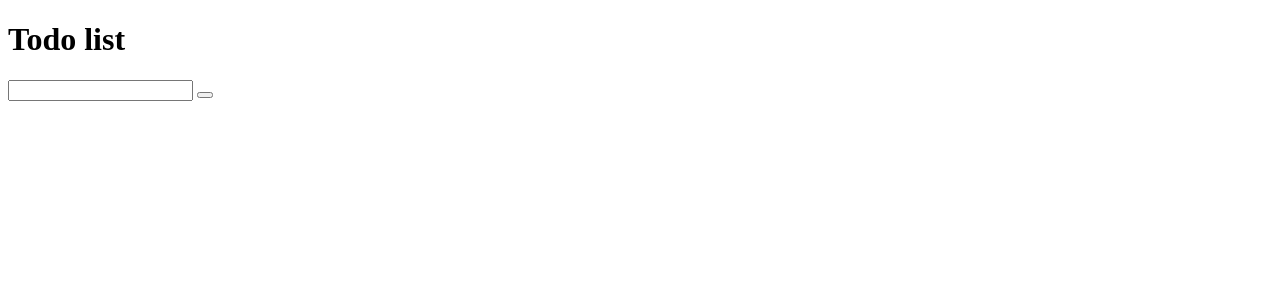
Repository: Lehuyhuynh/DOM
Page: BTH1/index.html
An editor plug-in stored every save of this project. The page is shown before and after a run of saves, followed by the edit.
The browser window is 1280 px wide. The pictures show the whole page.

Above is the page before, as saved 2023-08-29 18:05:49.
Console error: SyntaxError: Unexpected end of input

After the next 2 saves:
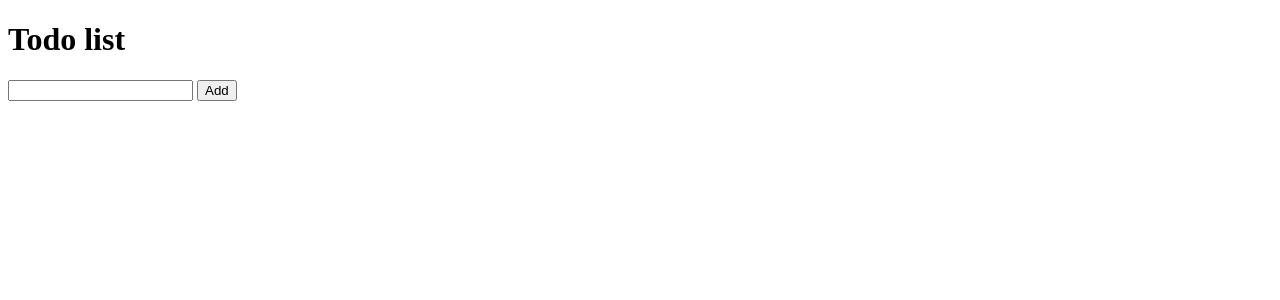
The 2 saves are shown as one change because they came seconds apart.
The last was saved 7 s later.
--- a/BTH1/index.html
+++ b/BTH1/index.html
@@ -8,7 +8,7 @@
 <body>
   <h1>Todo list</h1>
   <input  id="input" type="text">
-  <button id=""></button>
+  <button id="add"> Add</button>
 <ul>
 
 </ul>
